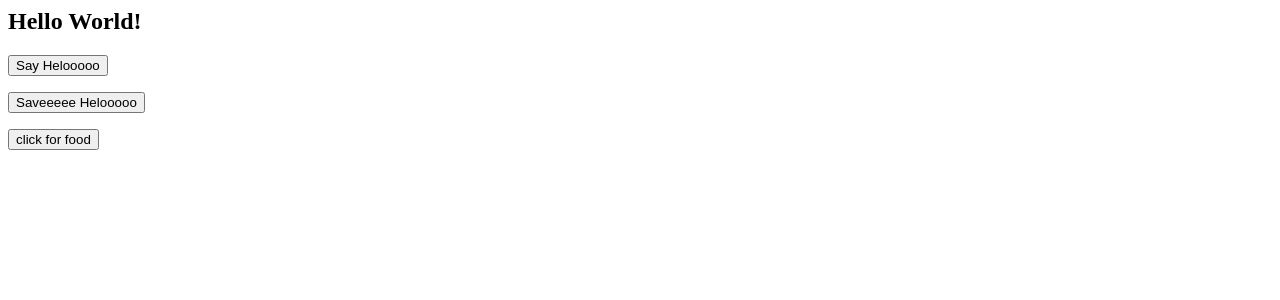
Repository: PuneethXworkz/core-java
Page: http://localhost/springmvc_app/
The author's editor kept a copy of each file at every save. The page is drawn from the files as they stood at one save, then again after the next save.
The browser window is 1280 px wide. The pictures show the whole page.
The page is served by Tomcat 9. Nobody is signed in. The application's start-up code is not run. Other server files are loaded and not shown.

Above is the page before, as saved 2022-11-01 05:15:02.

### springmvc_app/src/main/webapp/index.jsp
<html>
<body>
<h2>Hello World!</h2>
<form action="hello" >
<pre>
<input type="submit" value="Say Helooooo">
</pre>
</form>

<form action="savehello" >
<pre>
<input type="submit" value="Saveeeee Helooooo">
</pre>
</form>

<form action="getfood" >
<pre>
<input type="submit" value="click for food">
</pre>
</form>
</body>
</html>

After the next save:
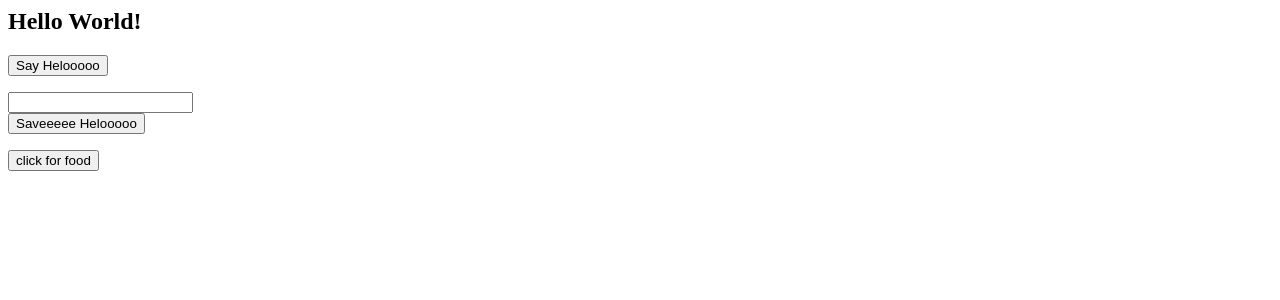
Saved 4 min 1 s later.
--- a/springmvc_app/src/main/webapp/index.jsp
+++ b/springmvc_app/src/main/webapp/index.jsp
@@ -9,6 +9,7 @@
 
 <form action="savehello" >
 <pre>
+<input type="text" name="name">
 <input type="submit" value="Saveeeee Helooooo">
 </pre>
 </form>
